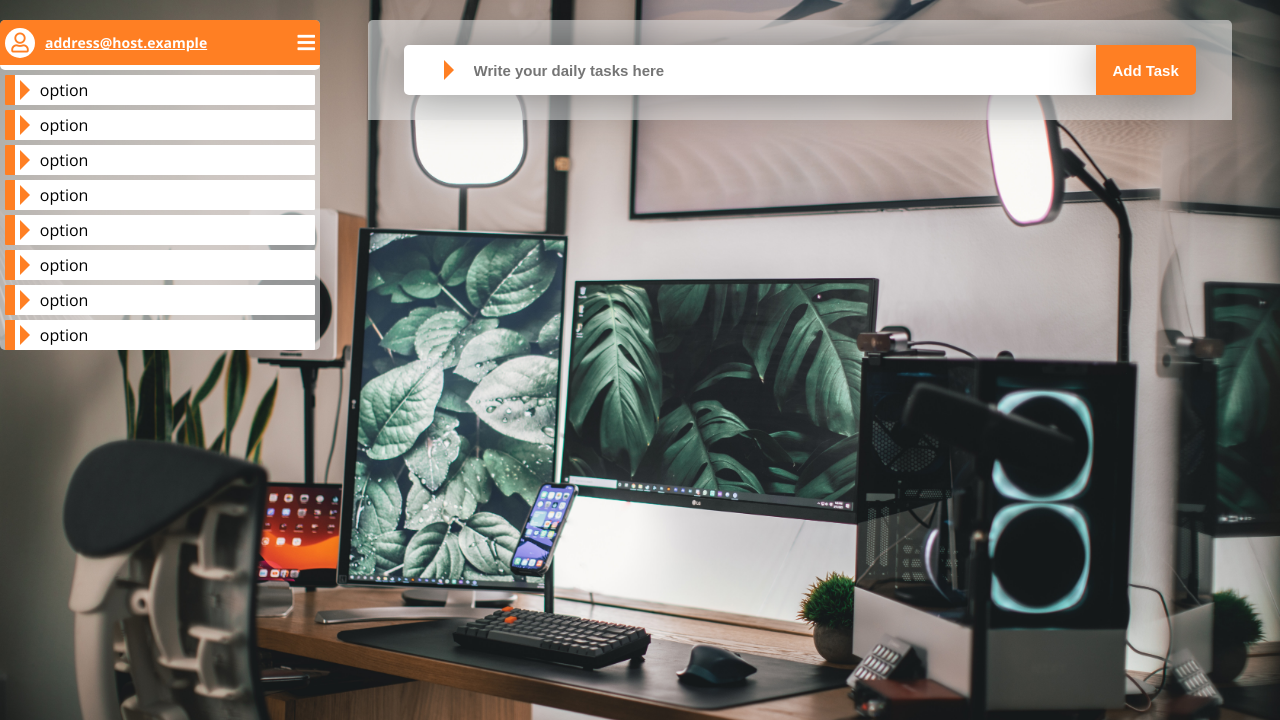
Repository: OmarEssameldinMousa/To-do-list-level01
Page: index.html
These files come from the project's save history. The page is drawn as it stood at one moment and after the next save; the edit follows.
The browser window is 1280 px wide. The pictures show the whole page.

Above is the page before, as saved 2023-08-09 23:58:14.

### index.html
<!DOCTYPE html>
<html lang="en">

<head>
    <meta charset="UTF-8">
    <meta name="viewport" content="width=device-width, initial-scale=1.0">
    <title>ToDo</title>
    <link rel="stylesheet" href="main.css">
    <link rel="preconnect" href="https://fonts.gstatic.com" />
    <link rel="stylesheet" href="css/all.min.css">
    <link href="https://fonts.googleapis.com/css2?family=Open+Sans:wght@400;700&display=swap" rel="stylesheet" />
</head>

<body>
    <div class="dashboard">
        <div class="nav">
            <div class="navigation">
                <div class="profile">
                    <div class="profile-pic">
                        <i class="fa-regular fa-user"></i>
                    </div>
                    <h3>address@host.example</h3>
                    <i class="fa-solid fa-bars" style="color: #ffffff;"></i>
                    <!-- <i class="fa-solid fa-bars second" style="color: #ffffff;"></i> -->
                    <!-- <i class="fa-solid fa-arrow-right" style="color: #ffffff;"></i>
                    <i class="fa-solid fa-arrow-left" style="color: #ffffff;"></i> -->
                </div>
                <ul>
                    <li>
                        <span class="toggle"></span>
                        <span class="title">option</span>
                    </li>
                    <li>
                        <span class="toggle"></span>
                        <span class="title">option</span>
                    </li>
                    <li>
                        <span class="toggle"></span>
                        <span class="title">option</span>
                    </li>
                    <li>
                        <span class="toggle"></span>
                        <span class="title">option</span>
                    </li>
                    <li>
                        <span class="toggle"></span>
                        <span class="title">option</span>
                    </li>
                    <li>
                        <span class="toggle"></span>
                        <span class="title">option</span>
                    </li>
                    <li>
                        <span class="toggle"></span>
                        <span class="title">option</span>
                    </li>
                    <li>
                        <span class="toggle"></span>
                        <span class="title">option</span>
                    </li>
                </ul>
            </div>
        </div>
        <div class="workstation">
            <div class="container">
                <div class="form">
                    <div>
                        <span></span>
                        <input type="text" class="input" placeholder="Write your daily tasks here">
                    </div>
                    <input type="submit" class="add" value="Add Task">
                </div>
                <!-- separator -->
                <div class="tasks">
                    <div class="tasks-numbers">

                    </div>
                    <div class="tasks-container">

                    </div>
                </div>
            </div>
        </div>
    </div>
    <script src="main.js"></script>
</body>

</html>

### main.css
:root {
    --main-color: rgba(235, 235, 235, 0.6);
    --secondery-color: #ff7f23;
}

* {
    -webkit-box-sizing: border-box;
    -moz-box-sizing: border-box;
    box-sizing: border-box;
    padding: 0;
    margin: 0;
}

body {
    font-family: "Open Sans", sans-serif;
    background-image: url(backgroundimage.jpg);
    background-repeat: no-repeat;
    background-size: cover;
    position: relative;
    height: 100%;
}


ul {
    list-style: none;
}


.dashboard {
    display: flex;
    height: 100%;
    width: 100%;
    column-gap: 0px;
}

.nav {
    width: 25%;
    height: 100%;
    position: relative;
    margin-top: 20px;
    border-radius: 5px;
}

.nav .navigation {
    height: 100%;
    width: 100%;
    background: var(--main-color);
    border-radius: 5px;
}

.nav .navigation .profile {
    width: 100%;
    height: 50px;
    background-color: var(--secondery-color);
    display: flex;
    align-items: center;
    border-bottom: 5px solid white;
    border-radius: 5px;
}

.nav .navigation .profile .profile-pic {
    border-radius: 50%;
    background-color: white;
    height: 30px;
    width: 30px;
    display: flex;
    align-items: center;
    justify-content: center;
    margin-left: 5px;
}

.nav .navigation .profile i {
    font-size: 20px;
    color: var(--secondery-color);
}

.nav .navigation .profile h3 {
    font-size: 14px;
    padding-left: 10px;
    text-decoration: underline;
    color: white;
}

.nav .navigation ul {
    width: 97%;
    margin: auto;
    margin-top: 5px;
}

.nav .navigation ul li {
    padding: 5px;
    height: 30px;
    background-color: white;
    margin-bottom: 5px;
    border-radius: 1px;
    border-left: 10px solid #ff7f23;
    display: flex;
    align-items: center;
    transition: 0.3s;
}


.nav .navigation ul li:hover .toggle {
    padding-left: 10px;
}

.navigation .footer {
    width: 100%;
    height: 153px;
    background-color: #ff7f23;
    display: flex;
    align-items: center;
    justify-content: center;
    border-top: 5px solid white;
    column-gap: 5px;
}

.navigation .footer i {
    font-size: 30px;
    color: white;
}

.navigation .footer h1 {
    color: white;
}

.navigation .footer span {
    height: 30px;
    width: 5px;
    background-color: white;
}

li .toggle {
    border: 10px solid var(--secondery-color);
    border-color: transparent transparent transparent #ff7f23;
    transition: 0.3s;
}

.workstation {
    height: 100%;
    position: relative;
    flex: 1;
}

.container {
    width: 100%;
    min-height: 50px;
    background-color: transparent;
    z-index: 1;
    position: absolute;
}

.container .form {
    width: 90%;
    height: 100px;
    background-color: var(--main-color);
    margin: 20px auto;
    border-top-right-radius: 5px;
    border-top-left-radius: 5px;
    text-align: center;
    position: relative;
    display: flex;
    justify-content: center;
    align-items: center;
}

.container .tasks {
    width: 90%;
    background-color: var(--main-color);
    margin: 20px auto;
    display: flex;
    border-bottom-left-radius: 5px;
    border-bottom-right-radius: 5px;
}

.container .form .input,
.container .form .add {
    display: block;
    height: 50px;
}

.container .form div {
    width: 80%;
    border-bottom-left-radius: 5px;
    border-top-left-radius: 5px;
    border: 0px solid;
    box-shadow: -5px 0 50px 0px #00000073;
    background-color: white;
    display: flex;
    justify-content: flex-end;
    align-items: center;
}

.container .form div span {
    border: 10px solid #ff7f23;
    border-color: transparent transparent transparent #ff7f23;
    margin-right: 10px;
}

.container .form div .input {
    outline: 0;
    font-size: 15px;
    border: 0px solid;
    font-weight: bold;
    width: 90%;
}

.container .form .add {
    width: 100px;
    border: 0px solid;
    background-color: #ff7f23;
    color: white;
    font-weight: bold;
    font-size: 15px;
    border-bottom-right-radius: 5px;
    border-top-right-radius: 5px;
    box-shadow: 5px 0 50px 0px #00000073;
}

.container .tasks .tasks-container {
    width: 80%;
    display: flex;
    flex-direction: column;
    align-items: center;
    align-content: center;
    flex: 1;
}

.container .tasks .tasks-container .task {
    width: 80%;
    height: 50px;
    border-radius: 5px;
    border: 0px solid;
    box-shadow: -5px 0 50px 0px #00000073;
    background-color: white;
    margin: 10px 0;
    position: relative;
    display: flex;
    align-items: center;
}

.container .tasks .tasks-container .task i {
    margin-left: 10px;
    margin-right: 10px;
    color: var(--secondery-color);
}


.container .tasks .tasks-container .task::after {
    content: "";
    width: 10%;
    height: 100%;
    background-color: #ff7f23;
    position: absolute;
    top: 0;
    left: 90%;
    z-index: 0;
    border-top-right-radius: 5px;
    border-bottom-right-radius: 5px;
}

.container .tasks .tasks-container .task i:first-of-type {
    position: absolute;
    right: 4%;
    top: 50%;
    transform: translateY(-50%);
    color: white;
    z-index: 1;
    font-size: 20px;
}

.container .tasks .tasks-container .task i:last-of-type {
    position: absolute;
    right: 0%;
    top: 50%;
    transform: translateY(-50%);
    color: white;
    z-index: 1;
    font-size: 20px;
}

.container .tasks .tasks-numbers {
    width: 50px;
    display: flex;
    align-items: center;
    flex-direction: column;
}


.tasks-numbers .repated-line-circle {
    width: 2px;
    height: 70px;
}

.tasks-numbers .line-circle {
    display: flex;
    flex-direction: column;
    width: 100%;
    height: 100%;
    justify-content: space-between;
    align-items: center;
}

.tasks-numbers .line-circle .upper-line {
    width: 100%;
    height: 40%;
    background-color: white;
}

.tasks-numbers .line-circle .circle {
    font-family: 'VT323', monospace;
    width: 20px;
    height: 20px;
    background-color: #ff7f23;
    border-radius: 50%;
    text-align: center;
    position: relative;
    transition: 0.3s;
    animation: gradient-animation 5s infinite alternate;
    border: 1px solid white;
}


.tasks-numbers .line-circle .circle p {
    position: absolute;
    left: 50%;
    top: 50%;
    transform: translate(-50%, -50%);
    font-size: 14px;
    color: white;
}

.line-circle .circle p a {
    text-decoration: none;
}

.tasks-numbers .line-circle .lower-line {
    width: 2px;
    height: 40%;
    background-color: white;
}

.nav .navigation .profile i.fa-solid.fa-bars {
    position: absolute;
    right: 5px;
    /* display: none; */
}


@media (max-width: 767px) {
    body {
        background-image: none;
    }

    .dashboard {
        flex-direction: column;
    }

    .nav {
        width: 100% !important;
        height: 50px;
        z-index: 2;
    }

    .navigation {
        width: 100%;
        position: absolute;
        background-color: #ff7f23;
    }

    .nav .navigation ul {
        width: 100%;
        display: none;
    }

    .nav .navigation ul li {
        border: none;
        margin: 0;
    }

    .navigation .footer {
        display: none;
    }

    .nav .navigation .profile i.fa-solid.fa-bars {
        display: inline-block;
    }

    .nav .navigation .profile i.fa-solid.fa-bars.second {
        display: none;
    }
}

/* Small */
@media (min-width: 768px) {}

/* Medium */
@media (min-width: 992px) {}

/* Large */
@media (min-width: 1200px) {}

### main.js
let counter = 1;
let counterarray = [];
let tasksDiv = document.querySelector(".tasks-container");
let tasksnumbersDiv = document.querySelector(".tasks-numbers");
let inputbox = document.querySelector(".input");
let inputboxValue = inputbox.value;
let inputbtn = document.querySelector(".add");
let idtentity = 0;
let list = [];
let menu_bars = document.querySelector("i.fa-solid.fa-bars")
let optionsul = document.querySelector(".nav .navigation ul")
let menu_bars2 = document.querySelector("i.fa-solid.fa-bars.second")
let navdiv = document.querySelector(".nav")

function createTaskDiv_NumberDiv() {
    if (inputbox.value != "") {
        let inputbox = document.querySelector(".input");
        let inputboxValue = inputbox.value;
        counterarray.push(counter);
        // craeting task divs
        let taskDiv = document.createElement("div");
        taskDiv.className = "task";
        let i1 = document.createElement("i");
        i1.className = "fa-regular fa-square-check";
        let i2 = document.createElement("i");
        i2.className = "fa-solid fa-clock";
        let i3 = document.createElement("i");
        i3.className = "fa-regular fa-trash-can";
        i3.setAttribute("index", counterarray.length - 1);
        let tasktitle = document.createElement("h4");
        tasktitle.innerHTML = inputboxValue;
        // nesting all childs under each parent
        tasksDiv.appendChild(taskDiv);
        taskDiv.appendChild(i1);
        taskDiv.appendChild(i2);
        taskDiv.appendChild(i3);
        taskDiv.appendChild(tasktitle);
        //creating the numbering divs
        let repatedlinecircleDiv = document.createElement("div");
        repatedlinecircleDiv.className = "repated-line-circle";
        let linecirclediv = document.createElement("div");
        linecirclediv.className = "line-circle";
        let upperlinediv = document.createElement("div");
        upperlinediv.className = "upper-line";
        let circlediv = document.createElement("div");
        circlediv.className = "circle";
        let circleparacontent = document.createElement("p");
        circleparacontent.innerHTML = `${counterarray.length}`;
        let lowerlinediv = document.createElement("div");
        lowerlinediv.className = "lower-line";
        //nesting all childs under each parent
        tasksnumbersDiv.appendChild(repatedlinecircleDiv);
        repatedlinecircleDiv.appendChild(linecirclediv);
        linecirclediv.appendChild(upperlinediv);
        linecirclediv.appendChild(circlediv);
        circlediv.appendChild(circleparacontent);
        linecirclediv.appendChild(lowerlinediv);
        // after adjustments
        list.push({ "id": idtentity, "title": inputbox.value, });
        window.localStorage.setItem("tasks", JSON.stringify(list));
        inputbox.value = "";
        counter++;
        idtentity++;
        inputbox.focus();
    }
}

inputbtn.addEventListener("click", createTaskDiv_NumberDiv);

document.addEventListener("click", function (e) {
    if (e.target.className === "fa-regular fa-trash-can") {
        let n = 1;
        // deleting from BOM - local storage
        let storedTasks = JSON.parse(window.localStorage.getItem("tasks"))
        storedTasks.filter(a => a.id != e.index);
        list = storedTasks;
        window.localStorage.clear()
        window.localStorage.setItem("tasks", JSON.stringify(storedTasks));
        // deleting from the DOM
        e.target.parentElement.parentElement.previousElementSibling.lastChild.remove();
        counterarray.pop();
        counter--;
        e.target.parentElement.remove();
        document.querySelectorAll(".circle p").forEach(element => {
            element.innerHTML = n;
            n++;
        });
    }
})

menu_bars.addEventListener("click", function () {
    if (optionsul.style.display == "block") {
        optionsul.style.display = "none"
    } else {
        optionsul.style.display = "block"
    }
})

Loaded but not shown: css/all.min.css (library)

After the next save:
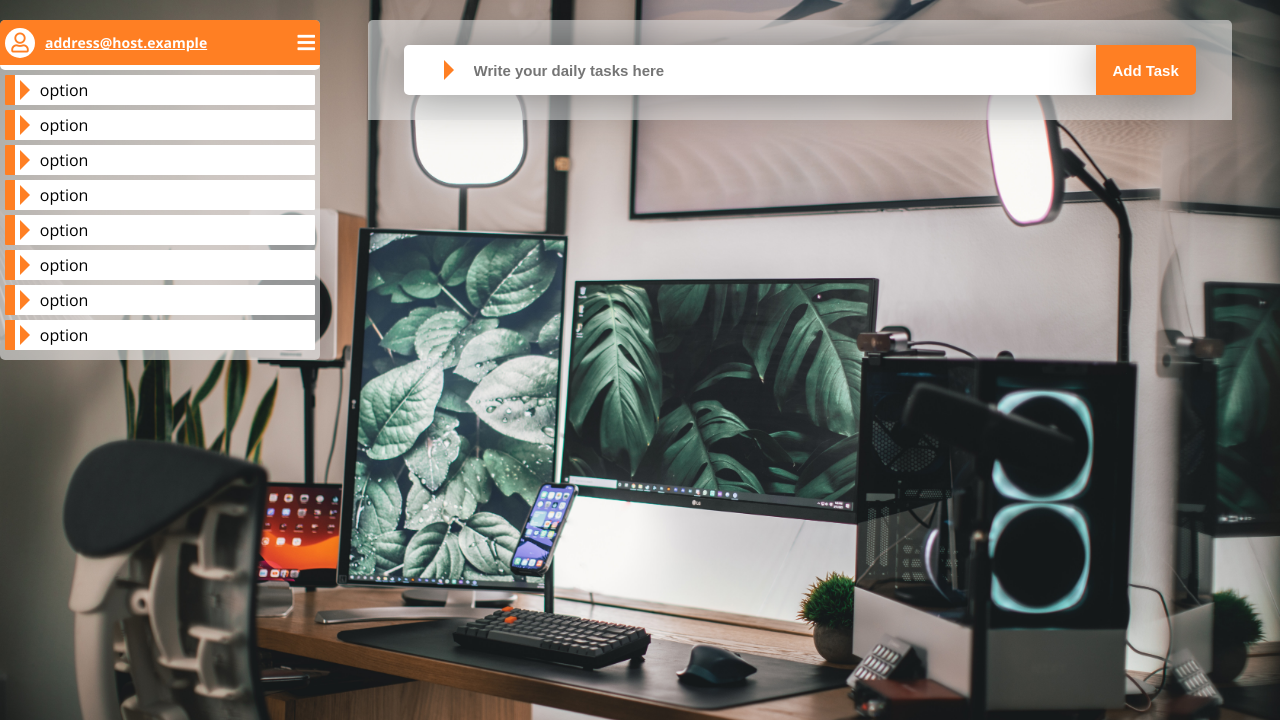
Saved 2 min 25 s later.
--- a/main.css
+++ b/main.css
@@ -85,6 +85,7 @@ ul {
     width: 97%;
     margin: auto;
     margin-top: 5px;
+    padding-bottom: 5px;
 }
 
 .nav .navigation ul li {
